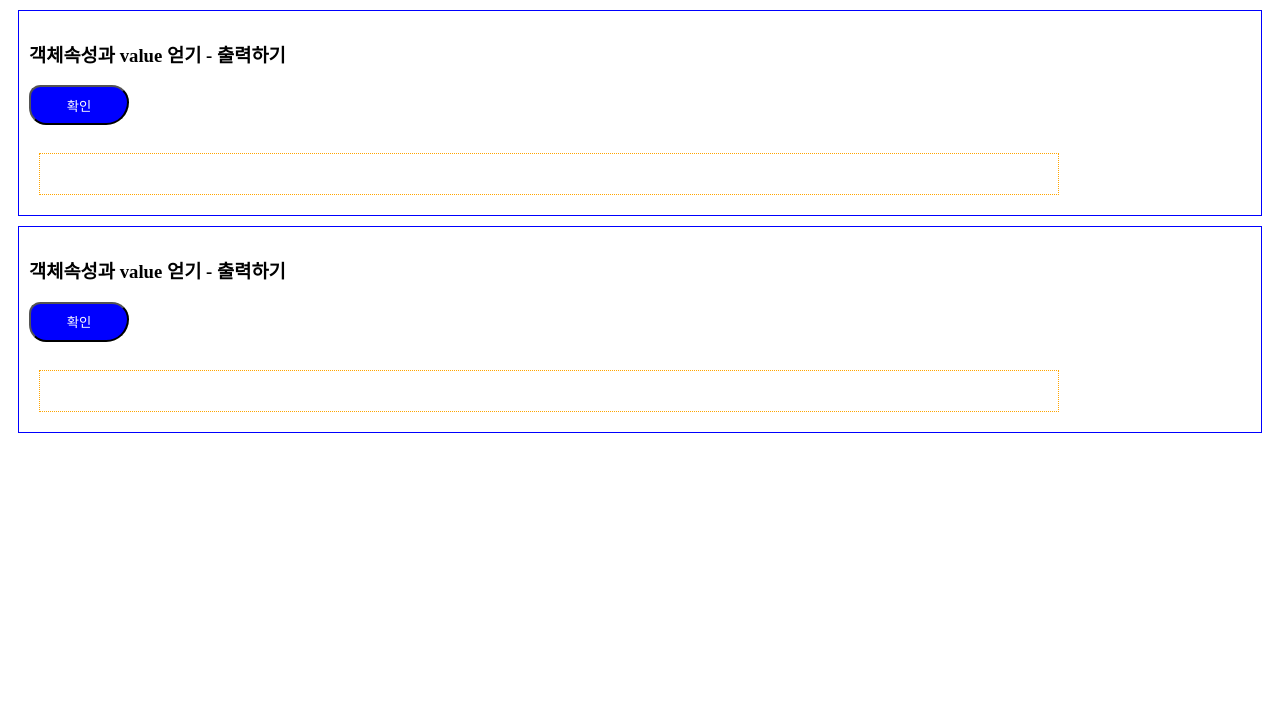
Repository: seonyeob94/BasicWeb
Page: webpro/src/main/webapp/0319/구조분해.html
These files come from the project's save history. The page is drawn as it stood at one moment and after the next save; the edit follows.
The browser window is 1280 px wide. The pictures show the whole page.

Above is the page before, as saved 2025-03-19 01:34:19.

### webpro/src/main/webapp/0319/구조분해.html
<!DOCTYPE html>
<html>
<head>
<meta charset="UTF-8">
<title>Insert title here</title>
<link rel="stylesheet" href="../css/public.css">

<script type="text/javascript">
animals={
	dog : "강아지",
	cat : "고양이",
	duck : "오리"
}

const proc1 = () =>{
	// 정보 출력
	str = animals.dog + "<br>"
	str += animals.cat + "<br>"
	str += animals.duck + "<br>"
	document.querySelector('#result1').innerHTML = str;
}

const proc2 = () =>{

	/* const {dog, cat, duck} = animals;

	str = animals.dog + "<br>"
	str += animals.cat + "<br>"
	str += animals.duck + "<br>"
	 */

	 /*
	 //일부만
	 const{dog, cat} = animals;

		str = animals.dog + "<br>"
		str += animals.cat + "<br>" */

	const{dog, ...rest} = animals;
	console.log(dog,rest)

// 	document.querySelector('#result2').innerHTML = str;
}
</script>
</head>
<body>


<div class="box">
  <h3>객체속성과 value 얻기 - 출력하기</h3>

  <input type="button" value="확인" onclick="proc1()">
  <br><br>
  <div id="result1"></div>
</div>

<div class="box">
  <h3>객체속성과 value 얻기 - 출력하기</h3>

  <input type="button" value="확인" onclick="proc2()">
  <br><br>
  <div id="result2"></div>
</div>

</body>
</html>

### webpro/src/main/webapp/css/public.css
@charset "UTF-8";

form {
	background: #f1faa1;
	border: 10px solid yellow;
	padding: 20px;
}

.box{
	border : 1px solid blue;
	margin : 10px;
	padding : 10px;

}
.box input[type=button]{

	width : 100px;
	height : 40px;
	background : blue;
	color : white;
	border-radius: 40px 60px 80px;
}

.box div{
	border : 1px dotted orange;
	width : 80%;
	padding : 20px;
	margin : 10px;
}

After the next save:
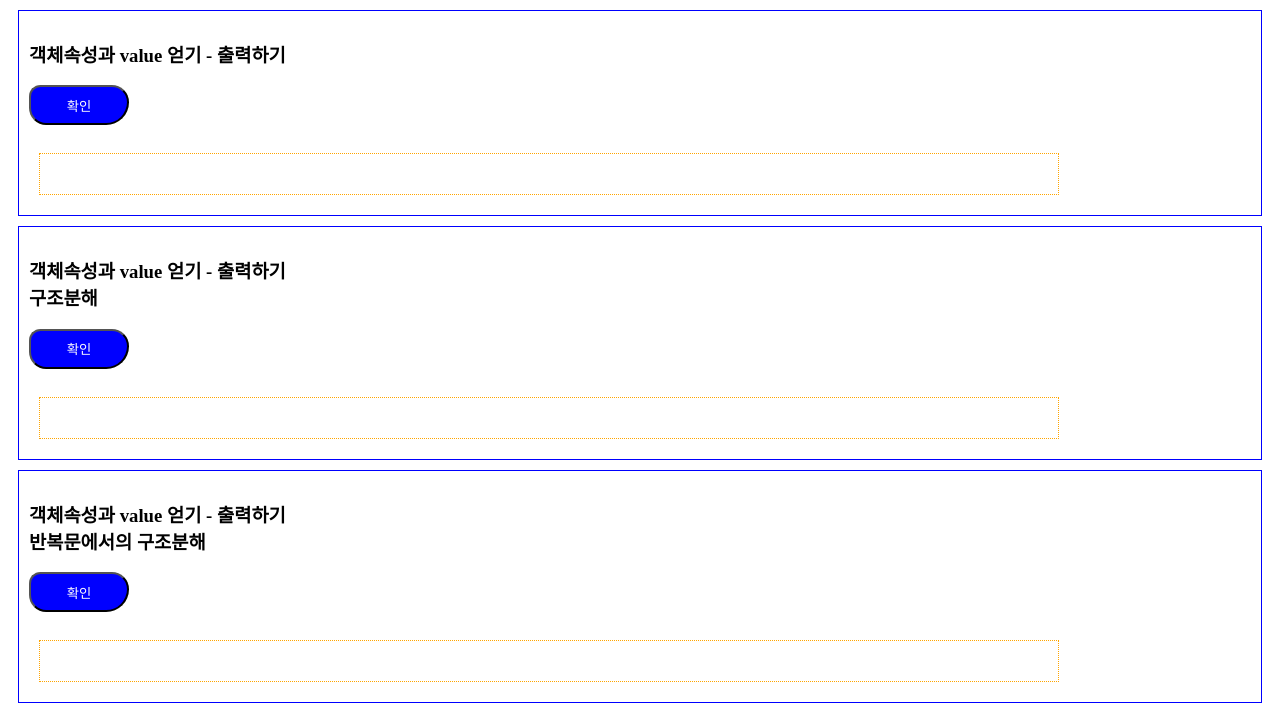
Saved 2 min 39 s later.
--- a/webpro/src/main/webapp/0319/구조분해.html
+++ b/webpro/src/main/webapp/0319/구조분해.html
@@ -55,12 +55,22 @@ const proc2 = () =>{
 </div>
 
 <div class="box">
-  <h3>객체속성과 value 얻기 - 출력하기</h3>
+  <h3>객체속성과 value 얻기 - 출력하기<br>
+  구조분해</h3>
 
   <input type="button" value="확인" onclick="proc2()">
   <br><br>
   <div id="result2"></div>
 </div>
 
+<div class="box">
+  <h3>객체속성과 value 얻기 - 출력하기<br>
+  반복문에서의 구조분해</h3>
+
+  <input type="button" value="확인" onclick="proc3()">
+  <br><br>
+  <div id="result3"></div>
+</div>
+
 </body>
 </html>
